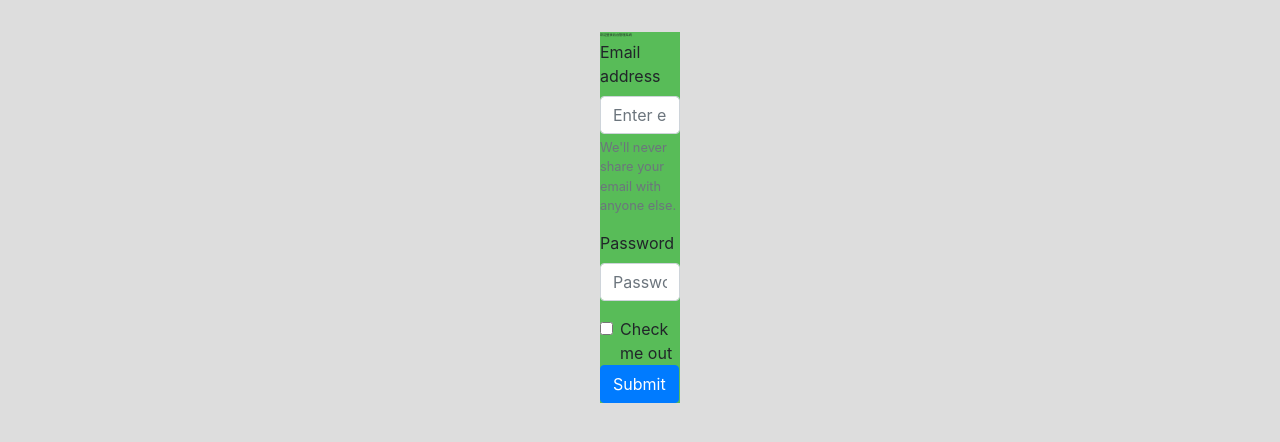
Repository: gzh51904/baiyangApp
Page: / (app in houtai/Vue-admin/)
The author's editor kept a copy of each file at every save. The page is drawn from the files as they stood at one save, then again after the next save.
The browser window is 1280 px wide. The pictures show the whole page.
The project was rebuilt for these pictures with package versions that can differ from the ones it lists, and the page was loaded fresh each time. Also part of the build but not shown: houtai/Vue-admin/vue.config.js.

Above is the page before, as saved 2019-05-11 09:46:08.

After the next save:
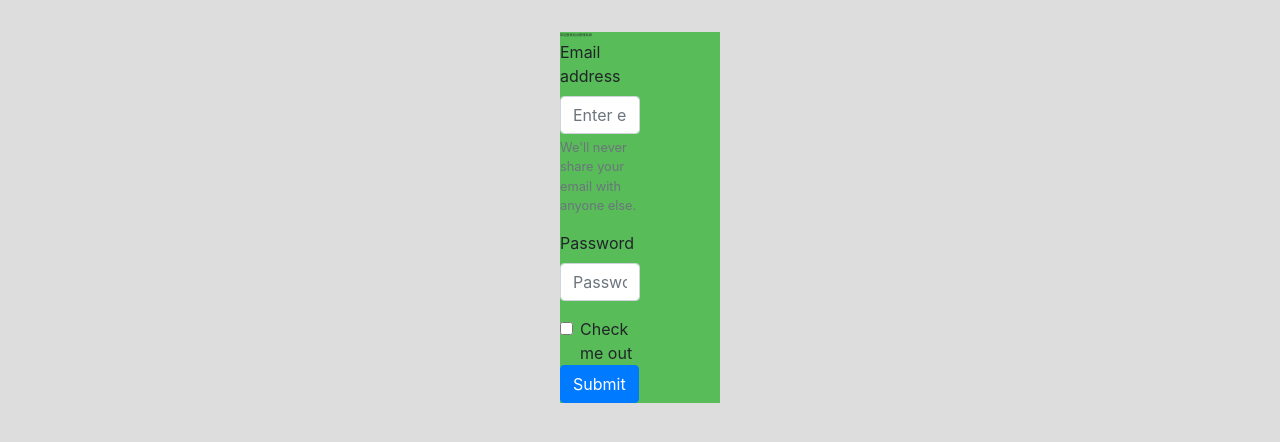
Saved 29 s later.
--- a/houtai/Vue-admin/src/pages/login.vue
+++ b/houtai/Vue-admin/src/pages/login.vue
@@ -28,7 +28,7 @@ export default {
 .login{
     margin: 2rem auto;
     overflow:hidden;
-    width: 5rem;
+    width: 10rem;
     /* height:5rem; */
     background-color:#58bc58;
     padding-top:.013333rem;
@@ -36,5 +36,8 @@ export default {
         margin: .133333rem auto;
         font-size: .2rem;
     }
+    .login-form{
+        width:5rem;
+    }
 }
 </style>
